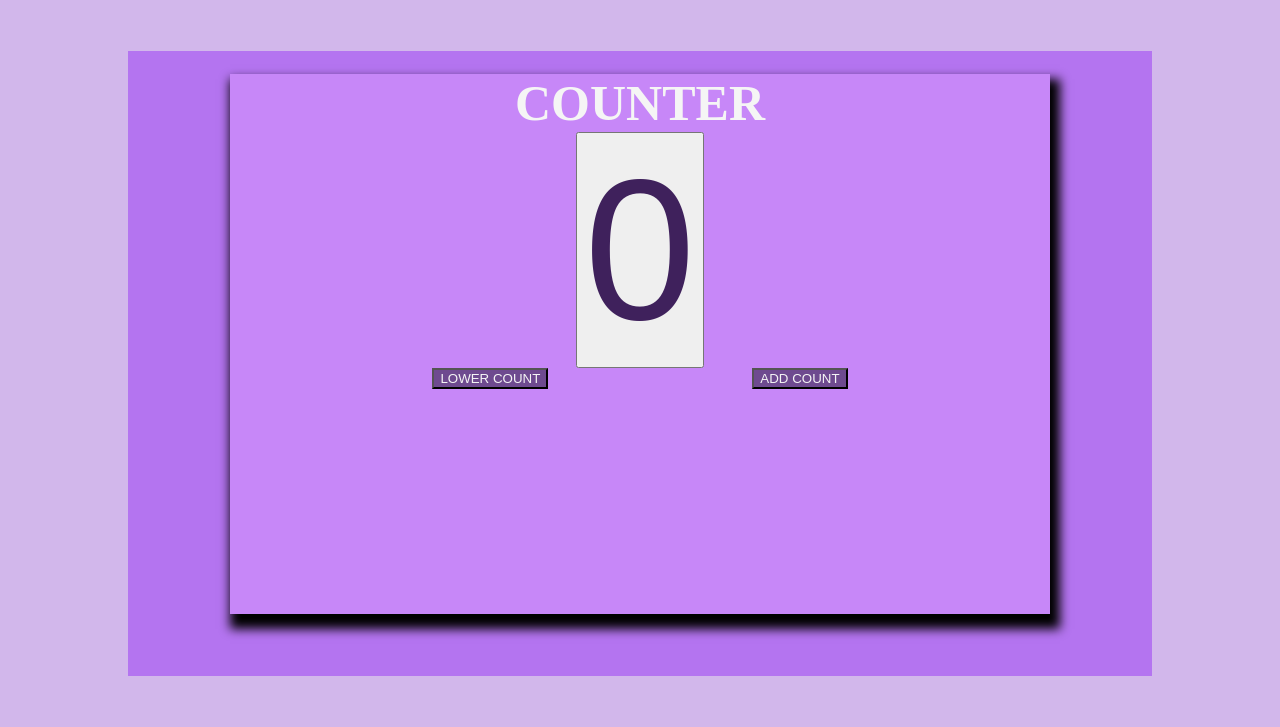
Repository: AnahitKhechumyan/Counter
Page: index.html
An editor plug-in stored every save of this project. The page is shown before and after the next save, followed by the edit.
The browser window is 1280 px wide. The pictures show the whole page.

Above is the page before, as saved 2022-02-14 21:15:29.

After the next save:
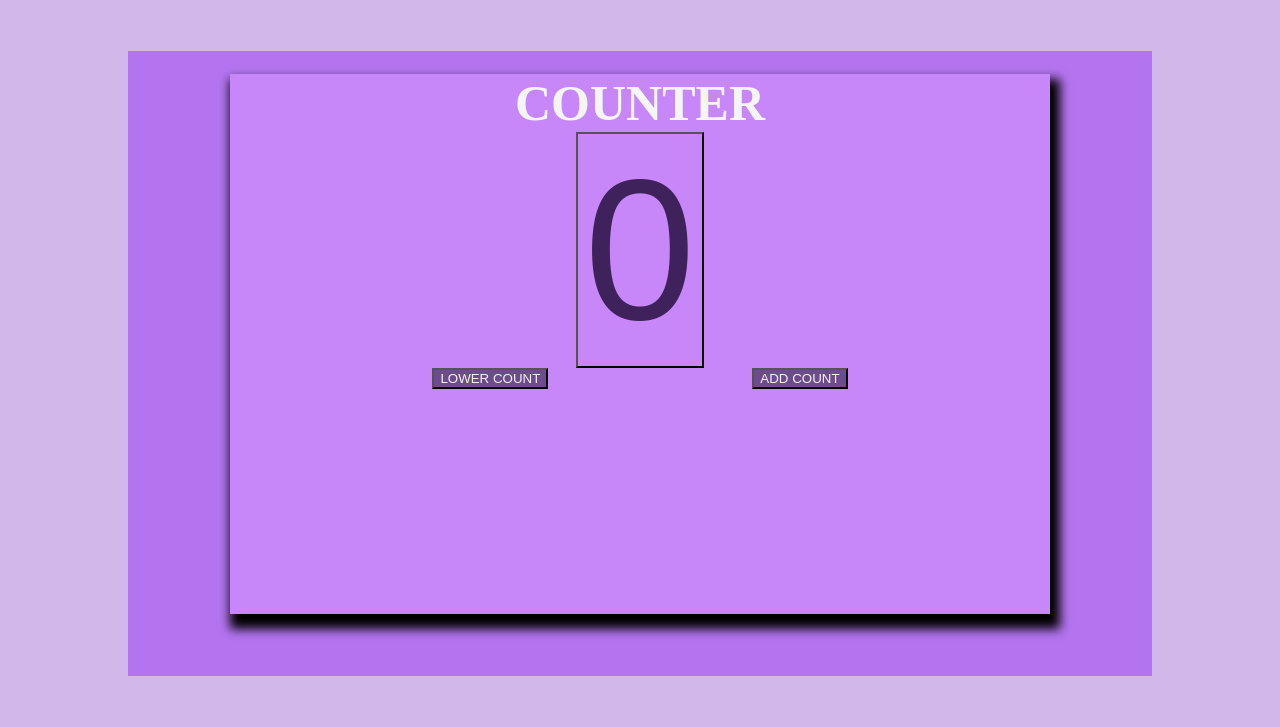
Saved 3 min 29 s later.
--- a/style.css
+++ b/style.css
@@ -28,6 +28,7 @@ body{
 .counter{
     font-size:200px;
     color:rgb(63, 33, 92);
+    background-color:rgb(199, 135, 248) ;
 
 }
  .change{
